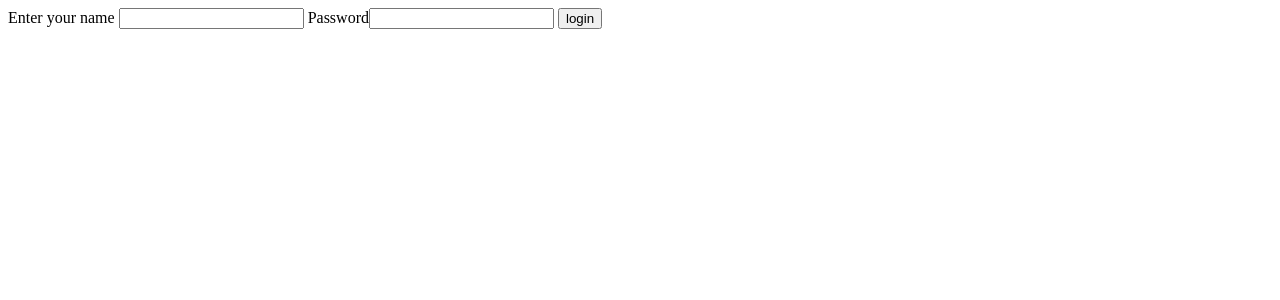
Repository: codelifee/spring-mvc-project
Page: http://localhost/springmvc/
These files come from the project's save history. The page is drawn as it stood at one moment and after the next save; the edit follows.
The browser window is 1280 px wide. The pictures show the whole page.
The page is served by Tomcat 9. Other server files are loaded and not shown.

Above is the page before, as saved 2020-11-12 10:23:54.

### springmvc/src/main/webapp/WEB-INF/views/login.jsp
<%@ page language="java" contentType="text/html; charset=EUC-KR"
    pageEncoding="EUC-KR"%>
<!DOCTYPE html>
<html>
<head>
<meta charset="EUC-KR">
<title>Yahoo from JSP</title>
</head>
<body>
<form action="/login.do" method="post">
Enter your name <input type="text" name="name" />
Password<input type="password" name="password" /> <input type="submit" value="login"/>
</form>
</body>
</html>

### springmvc/src/main/java/com/codelifee/jee/LoginServlet.java
package com.codelifee;

import java.io.IOException;
import java.io.PrintWriter;

import javax.servlet.ServletException;
import javax.servlet.annotation.WebServlet;
import javax.servlet.http.HttpServlet;
import javax.servlet.http.HttpServletRequest;
import javax.servlet.http.HttpServletResponse;

@WebServlet(urlPatterns = "/login.do")
public class LoginServlet extends HttpServlet{

	  protected void doGet(HttpServletRequest request,
			  HttpServletResponse response)
					  throws ServletException, IOException {

		  request.getRequestDispatcher("/WEB-INF/views/login.jsp").forward(request, response);
	  }

	  protected void doPost(HttpServletRequest request,
			  HttpServletResponse response)
					  throws ServletException, IOException {
		  request.setAttribute("name", request.getParameter("name"));
		  request.setAttribute("password", request.getParameter("password"));
		  request.getRequestDispatcher("/WEB-INF/views/welcome.jsp").forward(request, response);
	  }


}

After the next save:
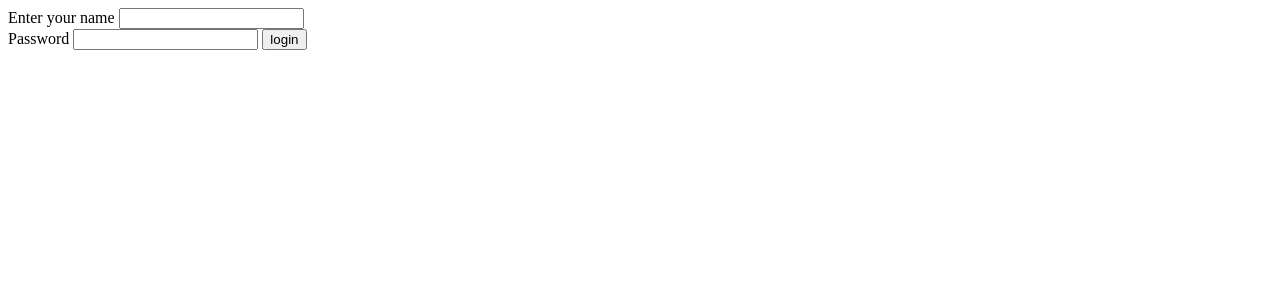
Saved 26 s later.
--- a/springmvc/src/main/webapp/WEB-INF/views/login.jsp
+++ b/springmvc/src/main/webapp/WEB-INF/views/login.jsp
@@ -8,8 +8,8 @@
 </head>
 <body>
 <form action="/login.do" method="post">
-Enter your name <input type="text" name="name" />
-Password<input type="password" name="password" /> <input type="submit" value="login"/>
+Enter your name <input type="text" name="name" /> <br>
+Password <input type="password" name="password" /> <input type="submit" value="login"/>
 </form>
 </body>
 </html>
